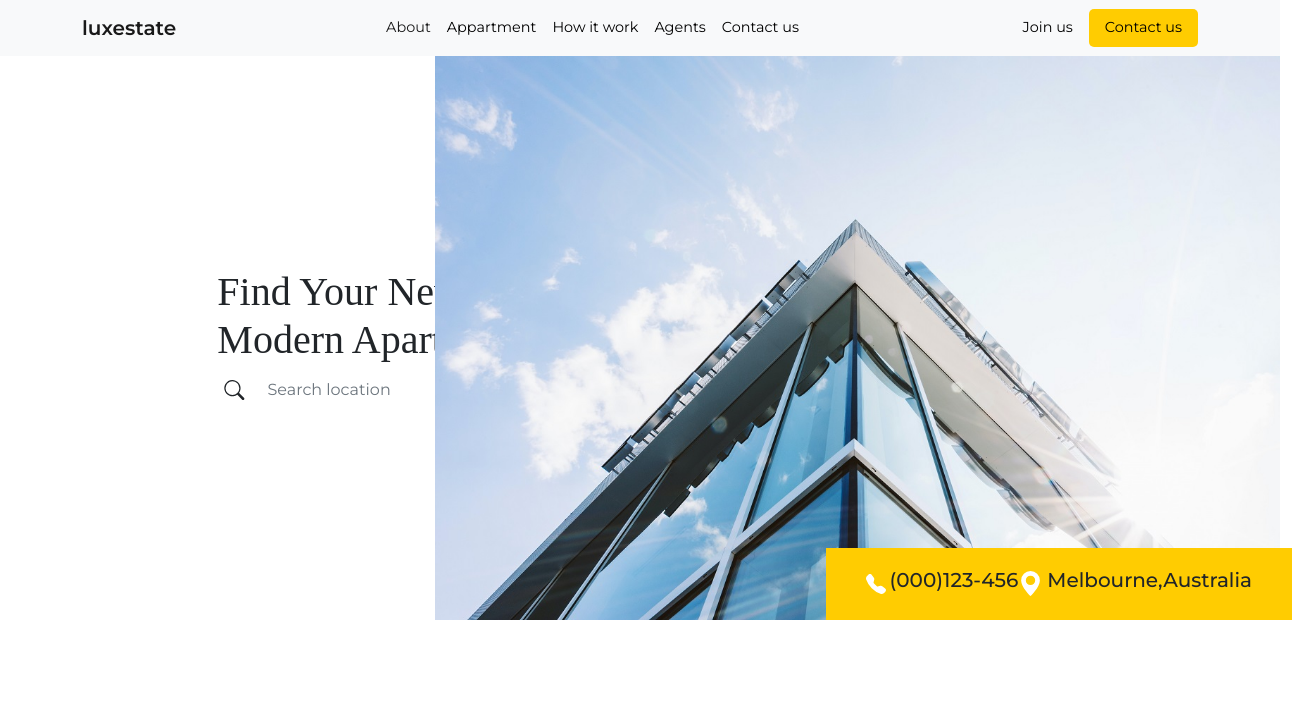
Repository: Toqa-25/luxstate
Page: index.html
These files come from the project's save history. The page is drawn as it stood at one moment and after the next save; the edit follows.
The browser window is 1280 px wide. The page is 1292 px wide, so the pictures cover 1292 px, including what lies to the right of the window. The pictures show the whole page.

Above is the page before, as saved 2021-06-08 00:06:53.

After the next save:
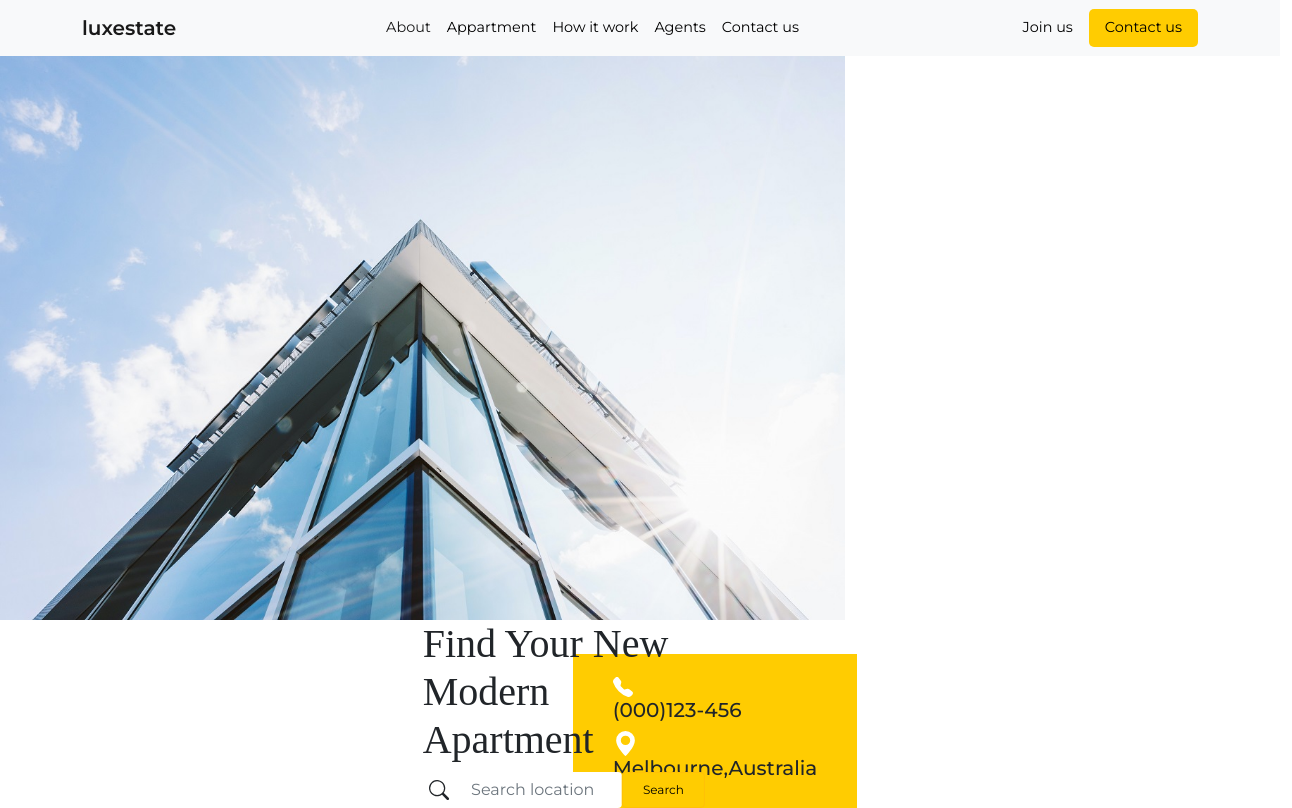
Saved 5 s later.
--- a/index.html
+++ b/index.html
@@ -62,7 +62,7 @@
         <div class="image-section float-end col-8 ">
         <img src="images/cover-unsplash.jpg" class="img-fluid "  alt="...">
         <div class="text-over d-flex float-end">
-          <div class="down-svg"></div>
+          <div class="down-svg">
           <svg xmlns="http://www.w3.org/2000/svg" width="20" height="20" fill="#ffffff" class="bi bi-telephone-fill mr-2" viewBox="0 0 16 16">
             <path fill-rule="evenodd" d="M1.885.511a1.745 1.745 0 0 1 2.61.163L6.29 2.98c.329.423.445.974.315 1.494l-.547 2.19a.678.678 0 0 0 .178.643l2.457 2.457a.678.678 0 0 0 .644.178l2.189-.547a1.745 1.745 0 0 1 1.494.315l2.306 1.794c.829.645.905 1.87.163 2.611l-1.034 1.034c-.74.74-1.846 1.065-2.877.702a18.634 18.634 0 0 1-7.01-4.42 18.634 18.634 0 0 1-4.42-7.009c-.362-1.03-.037-2.137.703-2.877L1.885.511z"/>
           </svg>

After the 2 saves that followed:
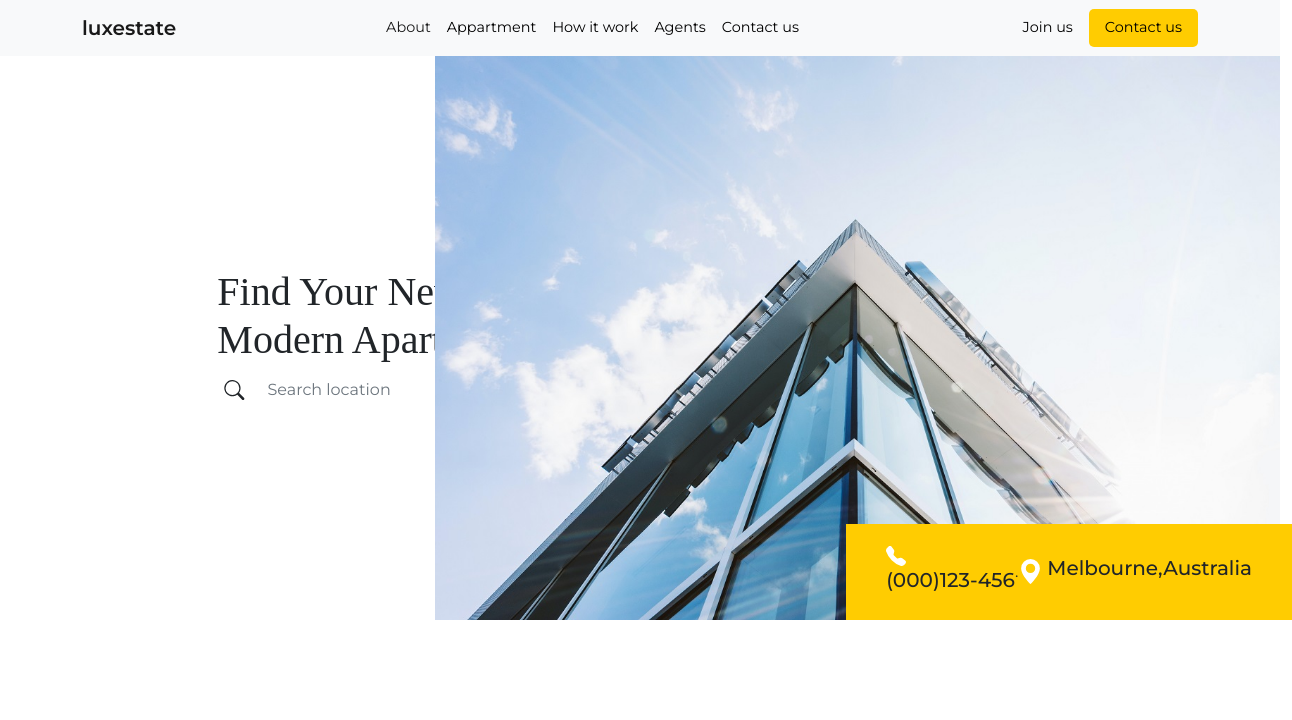
The 2 saves are shown as one change because they came seconds apart.
The last was saved 10 s later.
--- a/index.html
+++ b/index.html
@@ -67,6 +67,8 @@
             <path fill-rule="evenodd" d="M1.885.511a1.745 1.745 0 0 1 2.61.163L6.29 2.98c.329.423.445.974.315 1.494l-.547 2.19a.678.678 0 0 0 .178.643l2.457 2.457a.678.678 0 0 0 .644.178l2.189-.547a1.745 1.745 0 0 1 1.494.315l2.306 1.794c.829.645.905 1.87.163 2.611l-1.034 1.034c-.74.74-1.846 1.065-2.877.702a18.634 18.634 0 0 1-7.01-4.42 18.634 18.634 0 0 1-4.42-7.009c-.362-1.03-.037-2.137.703-2.877L1.885.511z"/>
           </svg>
           <h5>(000)123-456</h5>
+        </div>
+        .
           <svg xmlns="http://www.w3.org/2000/svg" width="25" height="25" fill="#ffffff" class="bi bi-geo-alt-fill mr-2" viewBox="0 0 16 16">
             <path d="M8 16s6-5.686 6-10A6 6 0 0 0 2 6c0 4.314 6 10 6 10zm0-7a3 3 0 1 1 0-6 3 3 0 0 1 0 6z"/>
           </svg>
